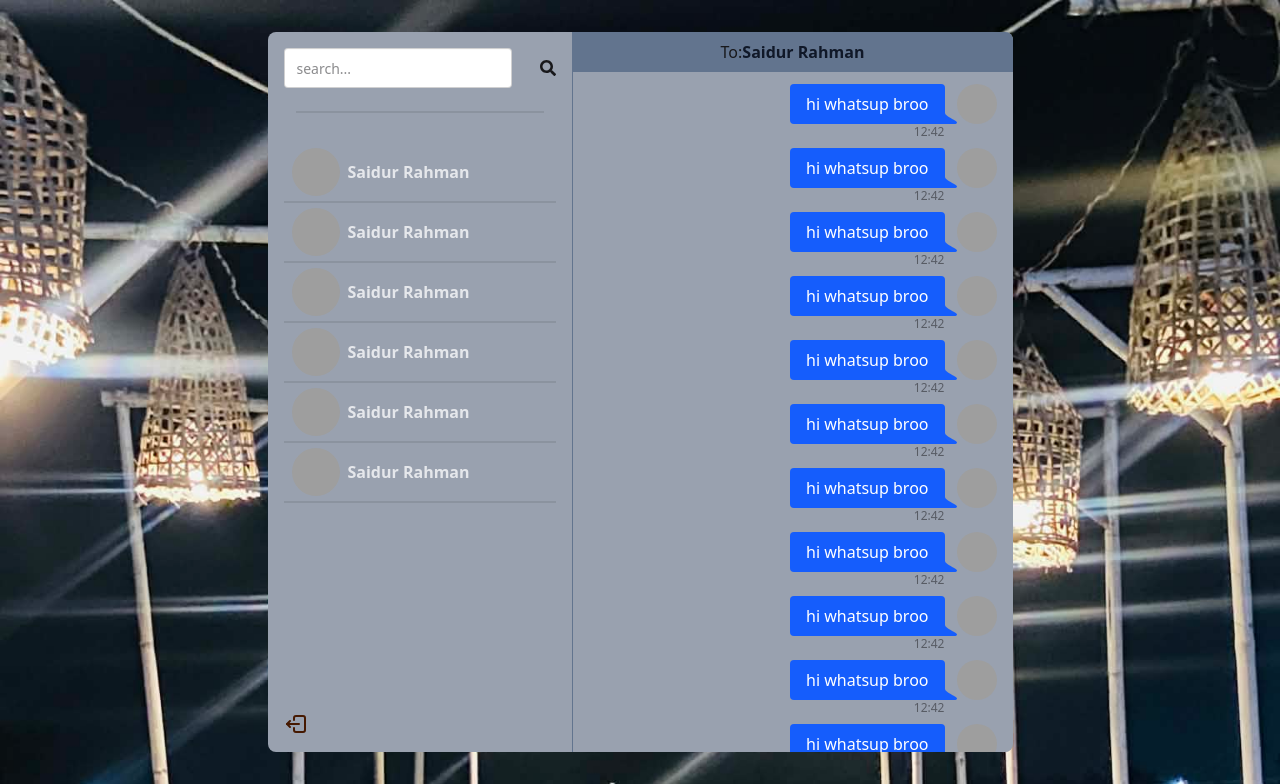
Repository: ridhukhan/chatapp
Page: / (app in frontend/)
These files come from the project's save history. The page is drawn as it stood at one moment and after the next save; the edit follows.
The browser window is 1280 px wide. The pictures show the whole page.
Pictures or frames that could not be fetched are drawn as grey boxes. An inner scrolling area shows only its first screen. Backgrounds fixed to the window are drawn as part of the page. The project was rebuilt for these pictures with package versions that can differ from the ones it lists, and the page was loaded fresh each time. Also part of the build but not shown: frontend/vite.config.js, frontend/src/Pages/login/Login.jsx, frontend/src/Pages/signup/GendarCheckbox.jsx, frontend/src/Pages/signup/SignUp.jsx.

Above is the page before, as saved 2025-12-25 19:10:41.

After the next save:
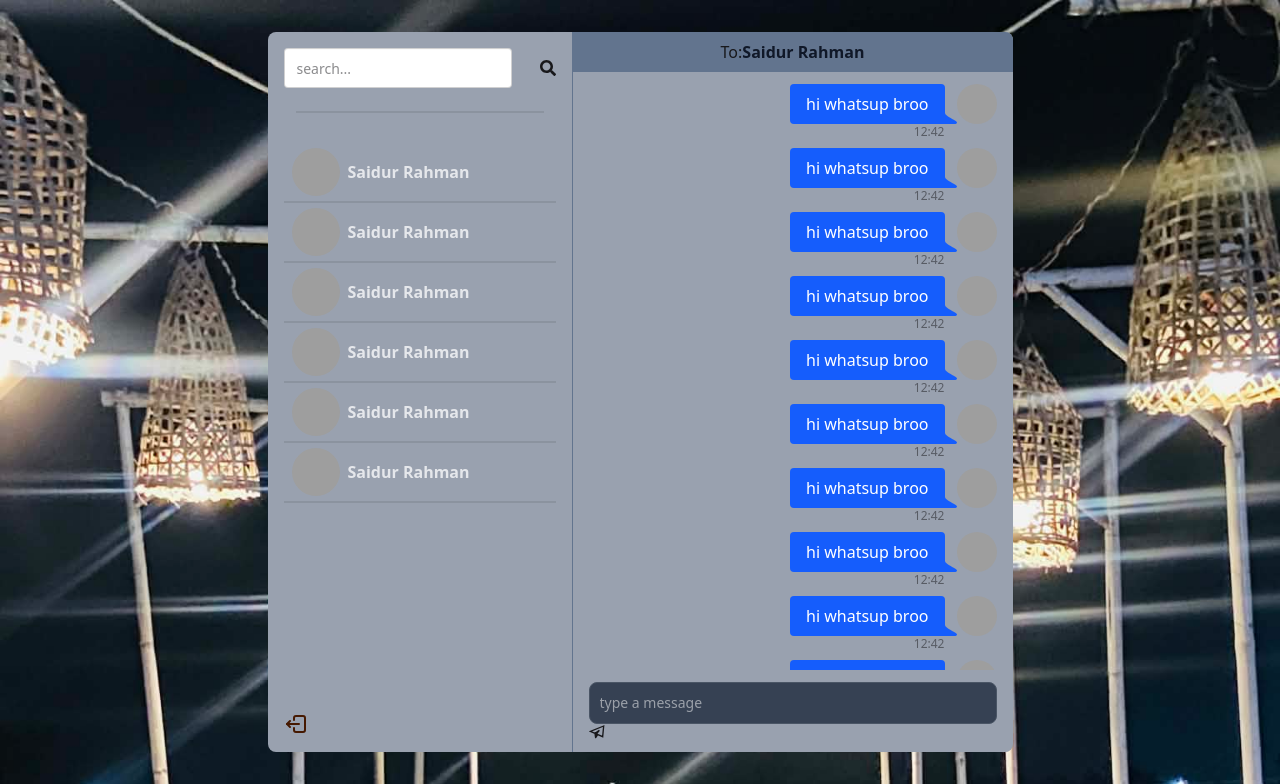
Saved 23 s later.
--- a/frontend/src/Components/messages/MessageContainer.jsx
+++ b/frontend/src/Components/messages/MessageContainer.jsx
@@ -1,5 +1,6 @@
 import React from 'react'
 import Messages from './Messages'
+import MessageInput from './MessageInput'
 
 const MessageContainer = () => {
   return (
@@ -12,7 +13,7 @@ const MessageContainer = () => {
             <span className='text-gray-900 font-bold'>Saidur Rahman</span>
         </div>
         <Messages/>
-
+        <MessageInput/>
         </>
     </div>
   )
